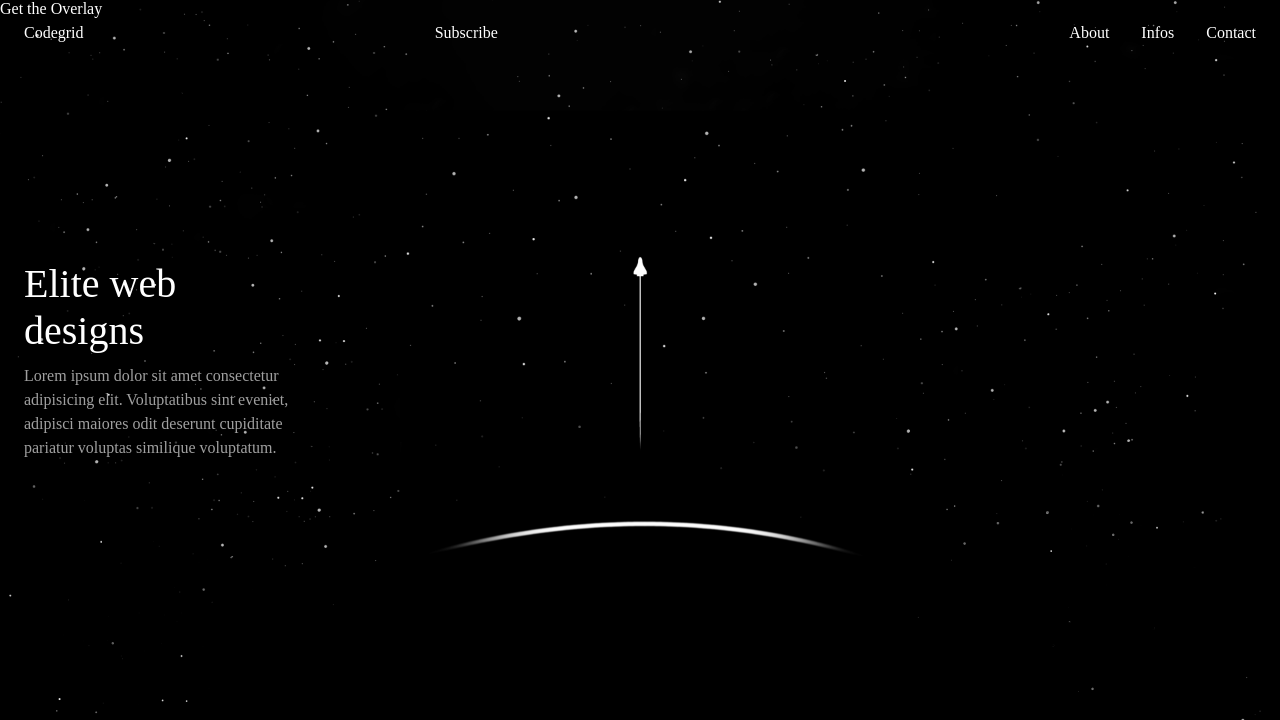
Repository: burhanjawed/Responsive-Slide-Out-Menu
Page: index.html
These files come from the project's save history. The page is drawn as it stood at one moment and after the next save; the edit follows.
The browser window is 1280 px wide. The pictures show the whole page.
Some icons come from a web library that is not loaded, so they are not drawn. An inner scrolling area shows only its first screen. Some web libraries are served in a nearby version.

Above is the page before, as saved 2023-11-26 22:00:40.

### index.html
<!DOCTYPE html>
<html lang="en">
  <head>
    <meta charset="UTF-8" />
    <meta name="viewport" content="width=device-width, initial-scale=1.0" />
    <title>Slide Out Menu</title>
    <script src="https://unpkg.com/@phosphor-icons/web"></script>
    <link rel="stylesheet" href="styles.css" />
  </head>
  <body>
    <div class="container">
      <div class="website-content">
        <nav>
          <div class="logo">Codegrid</div>
          <div class="logo">Subscribe</div>
          <div class="links">
            <a href="#">About</a>
            <a href="#">Infos</a>
            <a href="#">Contact</a>
          </div>
        </nav>

        <div class="hero">
          <h1>Elite web designs</h1>
          <p>
            Lorem ipsum dolor sit amet consectetur adipisicing elit.
            Voluptatibus sint eveniet, adipisci maiores odit deserunt cupiditate
            pariatur voluptas similique voluptatum.
          </p>
        </div>
      </div>

      <div class="overlay-toggle">
        <p>Get the Overlay</p>
        <p><i class="ph ph-arrow-right"></i></p>
      </div>
    </div>

    <div class="sidebar">
      <div class="card">
        <div class="card-title">
          <div>Showreel</div>
          <div class="close-btn"><i class="ph-thin ph-x"></i></div>
        </div>
        <div class="card-copy">
          <p>
            Lorem ipsum dolor sit amet consectetur adipisicing elit. Aspernatur,
            natus.
          </p>
        </div>
      </div>
      <div class="card">
        <div class="card-title">Community</div>
        <div class="card-copy">
          <p>
            Lorem ipsum dolor sit amet consectetur, adipisicing elit.
            Consequuntur facere cum quos!
          </p>
        </div>
      </div>
      <div class="card">
        <div class="card-title">Catalog</div>
        <div class="card-copy">
          <p>
            Lorem ipsum dolor sit amet consectetur, adipisicing elit.
            Consequuntur facere cum quos!
          </p>
        </div>
      </div>
    </div>
    <script src="https://cdnjs.cloudflare.com/ajax/libs/gsap/3.12.2/gsap.min.js"></script>
    <script></script>
  </body>
</html>

### styles.css
* {
  margin: 0;
  padding: 0;
  box-sizing: border-box;
}

html,
body {
  width: 100%;
  height: 100%;
  overflow-x: hidden;
  background: #000;
  color: #fff;
  font-family: 'Neue Montreal';
}

.container {
  position: relative;
  width: 100vw;
  height: 100vh;
  background: url(assets/bg.png) no-repeat 50% 50%;
  background-size: cover;
}

nav {
  position: fixed;
  width: 100%;
  display: flex;
  padding: 1.5em;
}

nav > div {
  flex: 1;
}

.cta {
  text-align: center;
}

.links {
  display: flex;
  justify-content: flex-end;
  gap: 2em;
}

a {
  text-decoration: none;
  color: #fff;
}

.hero {
  position: absolute;
  top: 50%;
  transform: translateY(-50%);
  padding: 0 1.5em;
  width: 25%;
}

.hero h1 {
  font-size: 40px;
  font-weight: 400;
  margin-bottom: 10px;
}

.hero p {
  color: #a0a0a0;
  line-height: 1.5;
}

i {
  position: relative;
}

After the next save:
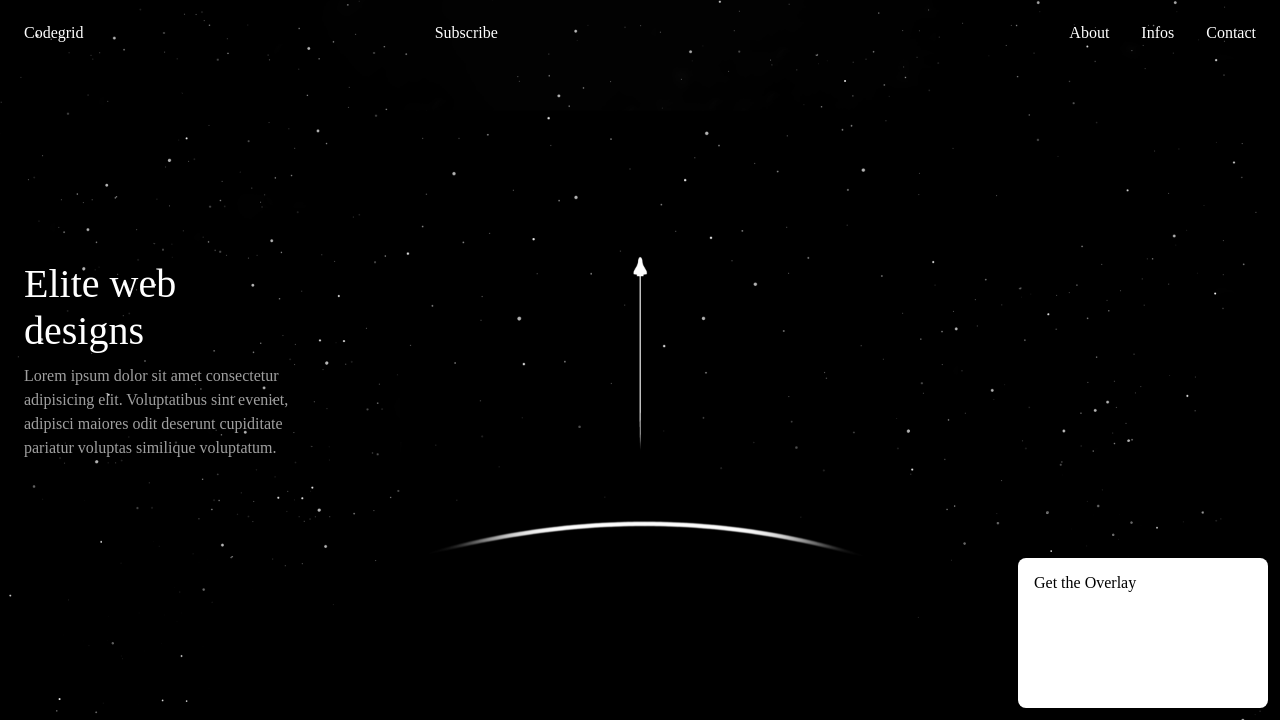
Saved 78 s later.
--- a/styles.css
+++ b/styles.css
@@ -70,3 +70,19 @@ a {
 i {
   position: relative;
 }
+
+.overlay-toggle {
+  position: absolute;
+  right: 0;
+  bottom: 0;
+  width: 250px;
+  height: 150px;
+  margin: 0.75em;
+  padding: 1em;
+  border-radius: 0.5em;
+  background: #fff;
+  color: #000;
+  display: flex;
+  justify-content: space-between;
+  cursor: pointer;
+}
